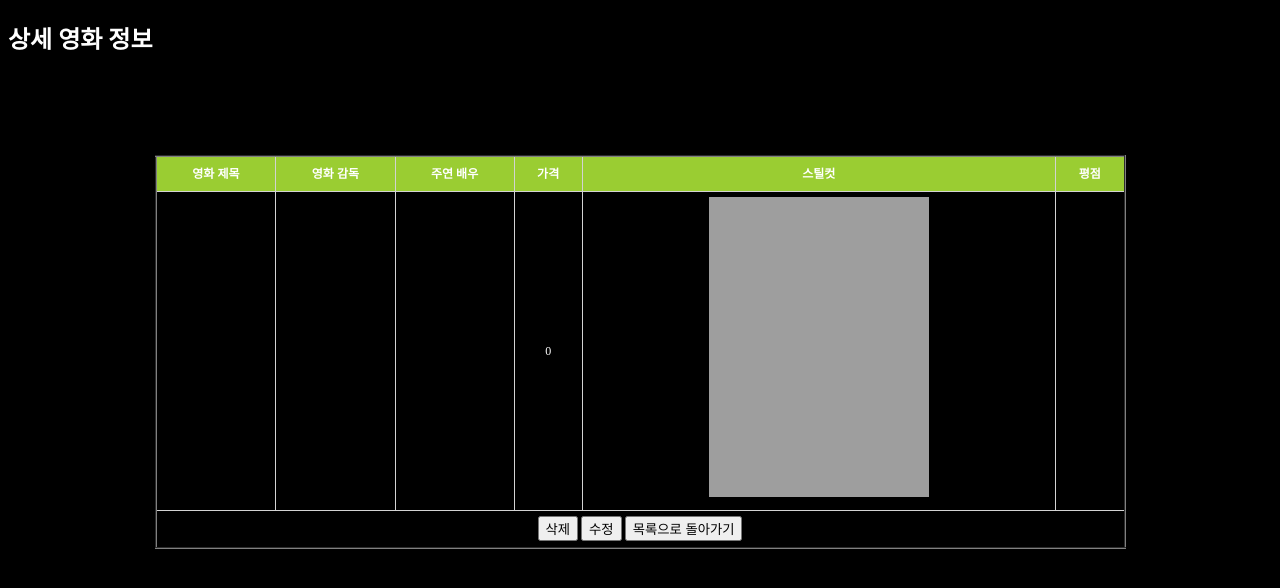
Repository: shinymusket/ideal-memory2
Page: http://localhost/homework10/MIS
An editor plug-in stored every save of this project. The page is shown before and after the next save, followed by the edit.
The browser window is 1280 px wide. The pictures show the whole page.
Pictures or frames that could not be fetched are drawn as grey boxes. The page is served by Tomcat 9. Other server files are loaded and not shown. Queries for data that is not in the repository find no rows.

Above is the page before, as saved 2022-06-17 08:37:55.

### homework10/WebContent/movieInfo.jsp
<%@ page language="java" contentType="text/html; charset=UTF-8"
    pageEncoding="UTF-8"%>
<!DOCTYPE html>
<html>
<head>
<meta charset="UTF-8">
<title>상세 영화 정보 페이지</title>
<link type="text/css" href="style/movie_info.css" rel="stylesheet">
</head>
<body>
	<h2>상세 영화 정보</h2>
	<div id="wrap">
		<table border="2">
			<tr>
				<th>영화 제목</th>
				<th>영화 감독</th>
				<th>주연 배우</th>
				<th>가격</th>
				<th>스틸컷</th>
				<th>평점</th>
			</tr>
			<tr>
				<td>${movie.movieName}</td>
				<td>${movie.movieDirector}</td>
				<td>${movie.leadingActor}</td>
				<td>${movie.moviePrice}</td>
				<td>
					<img src="/images/${movie.stillCutPath}" alt="stillCut">
				</td>
				<td>${movie.grade}</td>
			</tr>
			<tr>
				<td colspan="6">
					<input type="button" onclick="location.href='MD?movieCode=${movie.movieCode}';" value="삭제">
					<input type="button" onclick="location.href='MA?movieCode=${movie.movieCode}';" value="수정">
					<input type="button" onclick="location.href='MLS'" value="목록으로 돌아가기">
				</td>
			</tr>
		</table>
	</div>
</body>
</html>

### homework10/src/com/green/servlet/MovieInfoServlet.java
package com.green.servlet;

import java.io.IOException;

import javax.servlet.ServletException;
import javax.servlet.annotation.WebServlet;
import javax.servlet.http.HttpServlet;
import javax.servlet.http.HttpServletRequest;
import javax.servlet.http.HttpServletResponse;

import com.green.dao.MovieDAO;
import com.green.vo.MovieVO;


@WebServlet("/MIS")
public class MovieInfoServlet extends HttpServlet {
	protected void doGet(HttpServletRequest request, HttpServletResponse response) throws ServletException, IOException {
		request.setCharacterEncoding("UTF-8");
		String movieCode = request.getParameter("movieCode");
		MovieDAO dao = MovieDAO.getInstance();
		MovieVO mVo = new MovieVO();

		mVo = dao.getMovieInfo(movieCode);
		request.setAttribute("movie", mVo);
		request.getRequestDispatcher("movieInfo.jsp").forward(request, response);

	}

	protected void doPost(HttpServletRequest request, HttpServletResponse response) throws ServletException, IOException {

	}

}

### homework10/src/com/green/dao/MovieDAO.java
package com.green.dao;

import java.sql.Connection;
import java.sql.PreparedStatement;
import java.sql.ResultSet;
import java.sql.Statement;
import java.util.ArrayList;

import javax.naming.Context;
import javax.naming.InitialContext;
import javax.sql.DataSource;

import com.green.vo.MovieVO;

import oracle.jdbc.proxy.annotation.GetCreator;


public class MovieDAO {
	private MovieDAO() {}
	private static MovieDAO dao = new MovieDAO();
	public static MovieDAO getInstance() {
		return dao;
	}

	public Connection getConnection() throws Exception {
		Connection conn = null;
		Context initContext = new InitialContext();
		Context envContext  = (Context)initContext.lookup("java:/comp/env");
		DataSource ds = (DataSource)envContext.lookup("jdbc/myoracle");
		conn = ds.getConnection();

		return conn;
	}

	// 1. 영화 목록을 가져오는 메서드
	public ArrayList<MovieVO> getMoiveList() {
		ArrayList<MovieVO> movieList = new ArrayList<>();

		Connection conn = null;
		Statement stmt = null;
		ResultSet rs = null;

		String sql = "SELECT * FROM MovieInfoTbl";

		try {
			conn = getConnection();
			stmt = conn.createStatement();
			rs = stmt.executeQuery(sql);

			while (rs.next()) {
				MovieVO mVo = new MovieVO();
				String movieCode = rs.getString("MovieCode");
				String movieName = rs.getString("MovieName");
				String movieDirector = rs.getString("MovieDirector");
				String leadingActor = rs.getString("LeadingActor");
				int moviePrice = Integer.parseInt(rs.getString("MoviePrice"));
				String stillCutPath = rs.getString("StillCutPath");
				Double grade = rs.getDouble("grade");

				mVo.setMovieCode(movieCode);
				mVo.setMovieName(movieName);
				mVo.setMovieDirector(movieDirector);
				mVo.setLeadingActor(leadingActor);
				mVo.setMoviePrice(moviePrice);
				mVo.setStillCutPath(stillCutPath);
				mVo.setGrade(grade);

				movieList.add(mVo);
			}


		} catch(Exception e) {
			e.printStackTrace();
		} finally {
			try {
				if (rs != null) rs.close();
				if (stmt != null) stmt.close();
				if (conn != null) conn.close();

			} catch(Exception e) {
				e.printStackTrace();
			}
		}

		return movieList;
	}

	// 2. 영화를 등록하는 메서드
	public void regMovie(MovieVO mVo) {
		Connection conn = null;
		PreparedStatement psmt = null;

		String sql = "INSERT INTO MovieInfoTbl VALUES (MCODE_SEQ.nextval, ?, ?, ?, ?, ?, ?)";

		try {
			conn = getConnection();
			psmt = conn.prepareStatement(sql);

			psmt.setString(1, mVo.getMovieName());
			psmt.setString(2, mVo.getMovieDirector());
			psmt.setString(3, mVo.getLeadingActor());
			psmt.setInt(4, mVo.getMoviePrice());
			psmt.setString(5, mVo.getStillCutPath());
			psmt.setDouble(6, mVo.getGrade());

			psmt.executeUpdate();

		} catch(Exception e) {
			e.printStackTrace();
		} finally {
			try {
				if (psmt != null) psmt.close();
				if (conn != null) conn.close();
			} catch(Exception e) {
				e.printStackTrace();
			}
		}


	}

	// 3. 영화 코드로 정보 가져오기
	public MovieVO getMovieInfo(String movieCode) {
		MovieVO mVo = new MovieVO();

		Connection conn = null;
		PreparedStatement psmt = null;
		ResultSet rs = null;

		String sql = "SELECT * FROM MovieInfoTbl WHERE moviecode=?";

		try {
			conn = getConnection();
			psmt = conn.prepareStatement(sql);

			psmt.setString(1, movieCode);

			rs = psmt.executeQuery();

			if (rs.next()) {
				String movieName = rs.getString("MovieName");
				String movieDirector = rs.getString("MovieDirector");
				String leadingActor = rs.getString("LeadingActor");
				int moviePrice = Integer.parseInt(rs.getString("MoviePrice"));
				String stillCutPath = rs.getString("StillCutPath");
				Double grade = rs.getDouble("grade");


				mVo.setMovieCode(movieCode);
				mVo.setMovieName(movieName);
				mVo.setMovieDirector(movieDirector);
				mVo.setLeadingActor(leadingActor);
				mVo.setMoviePrice(moviePrice);
				mVo.setStillCutPath(stillCutPath);
				mVo.setGrade(grade);
			}



		} catch(Exception e) {
			e.printStackTrace();
		} finally {
			try {
				if (rs != null) rs.close();
				if (psmt != null) psmt.close();
				if (conn != null) conn.close();

			} catch(Exception e) {
				e.printStackTrace();
			}
		}


		return mVo;
	}

	// 4. 영화 코드로 영화 삭제하기
	public void deleteMovie(String movieCode) {
		Connection conn = null;
		PreparedStatement psmt = null;

		String sql = "DELETE MovieInfoTbl WHERE moviecode=?";

		try {
			conn = getConnection();
			psmt = conn.prepareStatement(sql);

			psmt.setString(1, movieCode);

			psmt.executeUpdate();

		} catch(Exception e) {
			e.printStackTrace();
		} finally {
			try {
				if (psmt != null) psmt.close();
				if (conn != null) conn.close();
			} catch(Exception e) {
				e.printStackTrace();
			}
		}


	}

	// 5. 영화 정보 수정하기
	public void alterMovie(MovieVO mVo) {
		Connection conn = null;
		PreparedStatement psmt = null;

		String sql = "UPDATE MovieInfoTbl SET movieName=?, movieDirector=?, LeadingActor=?, MoviePrice=?, StillCutPath=?, grade=? WHERE moviecode=?";

		try {
			conn = getConnection();
			psmt = conn.prepareStatement(sql);


			psmt.setString(1, mVo.getMovieName());
			psmt.setString(2, mVo.getMovieDirector());
			psmt.setString(3, mVo.getLeadingActor());
			psmt.setInt(4, mVo.getMoviePrice());
			psmt.setString(5, mVo.getStillCutPath());
			psmt.setDouble(6, mVo.getGrade());
			psmt.setString(7, mVo.getMovieCode());

			psmt.executeUpdate();


		} catch(Exception e) {
			e.printStackTrace();
		} finally {
			try {
				if (psmt != null) psmt.close();
				if (conn != null) conn.close();
			} catch(Exception e) {
				e.printStackTrace();
			}
		}


	}
}

### homework10/src/com/green/vo/MovieVO.java
package com.green.vo;

import java.io.Serializable;

public class MovieVO implements Serializable {
	private String movieCode;
	private String movieName;
	private String movieDirector;
	private String leadingActor;
	private int moviePrice;
	private String stillCutPath;
	private Double grade;

	public String getMovieCode() {
		return movieCode;
	}
	public void setMovieCode(String movieCode) {
		this.movieCode = movieCode;
	}
	public String getMovieName() {
		return movieName;
	}
	public void setMovieName(String movieName) {
		this.movieName = movieName;
	}
	public String getMovieDirector() {
		return movieDirector;
	}
	public void setMovieDirector(String movieDirector) {
		this.movieDirector = movieDirector;
	}
	public String getLeadingActor() {
		return leadingActor;
	}
	public void setLeadingActor(String leadingActor) {
		this.leadingActor = leadingActor;
	}
	public int getMoviePrice() {
		return moviePrice;
	}
	public void setMoviePrice(int moviePrice) {
		this.moviePrice = moviePrice;
	}
	public String getStillCutPath() {
		return stillCutPath;
	}
	public void setStillCutPath(String stillCutPath) {
		this.stillCutPath = stillCutPath;
	}
	public Double getGrade() {
		return grade;
	}
	public void setGrade(Double grade) {
		this.grade = grade;
	}

}

### homework10/WebContent/style/movie_info.css
@charset "UTF-8";

#wrap {
	width: 971px;
	margin: 100px auto; /* 1024X768 해상도 */
}

body {
	background-color : black;
	color : white;
}

a {
	color : white;
}

table {
	width: 100%;
	height: 50%;
	border-collapse: collapse;
	font-size: 12px;
	line-height: 24px;
	text-align: center;
}

td, th {
	border: solid 1px #d3d3d3;
	padding: 5px;
}
th {
	background-color: yellowgreen;
}
img {
	width: 220px;
	height : 300px;
}
a {
	text-decoration: none;
	color: white;
}
a:hover {
	text-decoration: underLine;
	color: red;
}

After the next save:
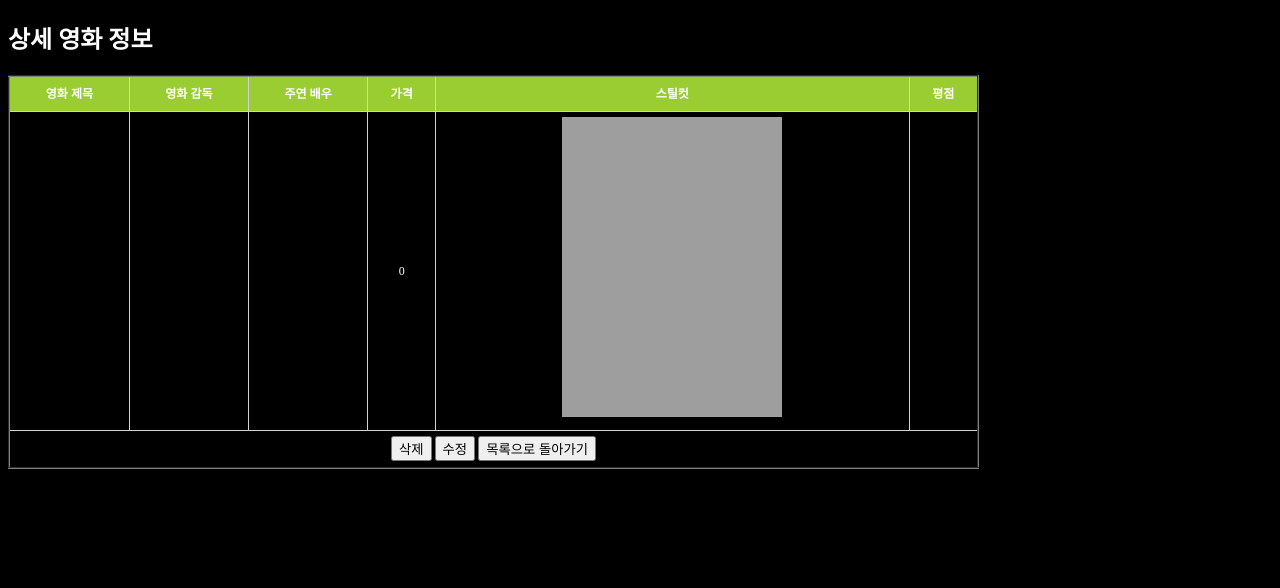
Saved 42 s later.
--- a/homework10/WebContent/style/movie_info.css
+++ b/homework10/WebContent/style/movie_info.css
@@ -2,6 +2,7 @@
 
 #wrap {
 	width: 971px;
+	height :
 	margin: 100px auto; /* 1024X768 해상도 */
 }
 
